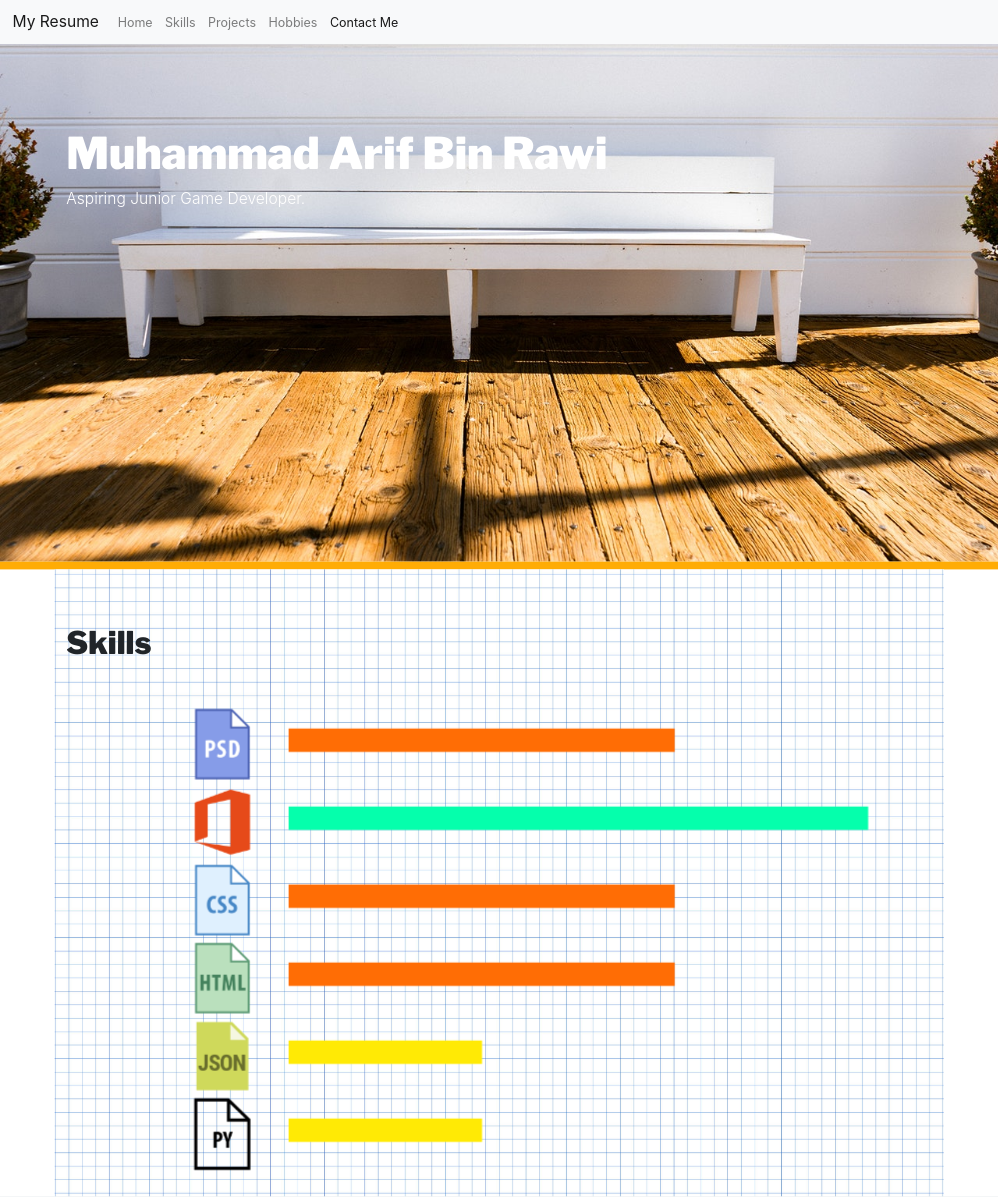
Repository: muhdarifrawi/resume-project
Page: index.html
The author's editor kept a record of every edit. The page is drawn from the files as they stood at one moment, then again after the next edit.
The browser window is 1280 px wide. The pictures show the part of the page from y = 0 to 1534 px (the page is 4106 px tall), at 78% of full size.
Pictures or frames that could not be fetched are drawn as grey boxes. Some web libraries are served in a nearby version.

Above is the page before.

After the next edit:
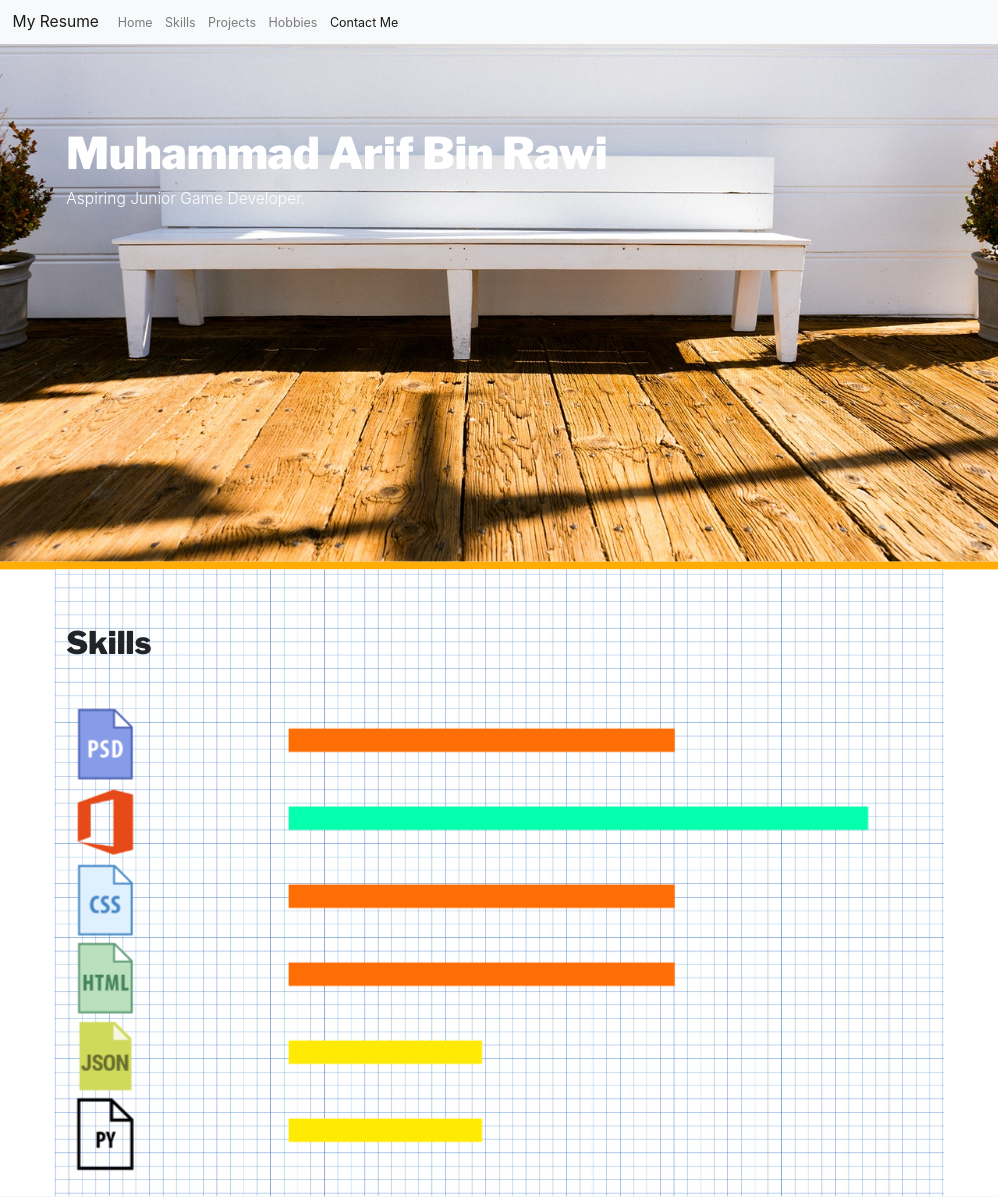
The edit:
--- a/style.css
+++ b/style.css
@@ -327,8 +327,13 @@
   background-size:cover;
 }
 
-// Medium devices (tablets, 768px and up)
+/* Medium devices (tablets, 768px and up)*/
 @media (min-width: 768px) {
 
-
-}
+    .ware{
+
+    margin-left:0px;
+
+}
+
+}

After the edit that followed:
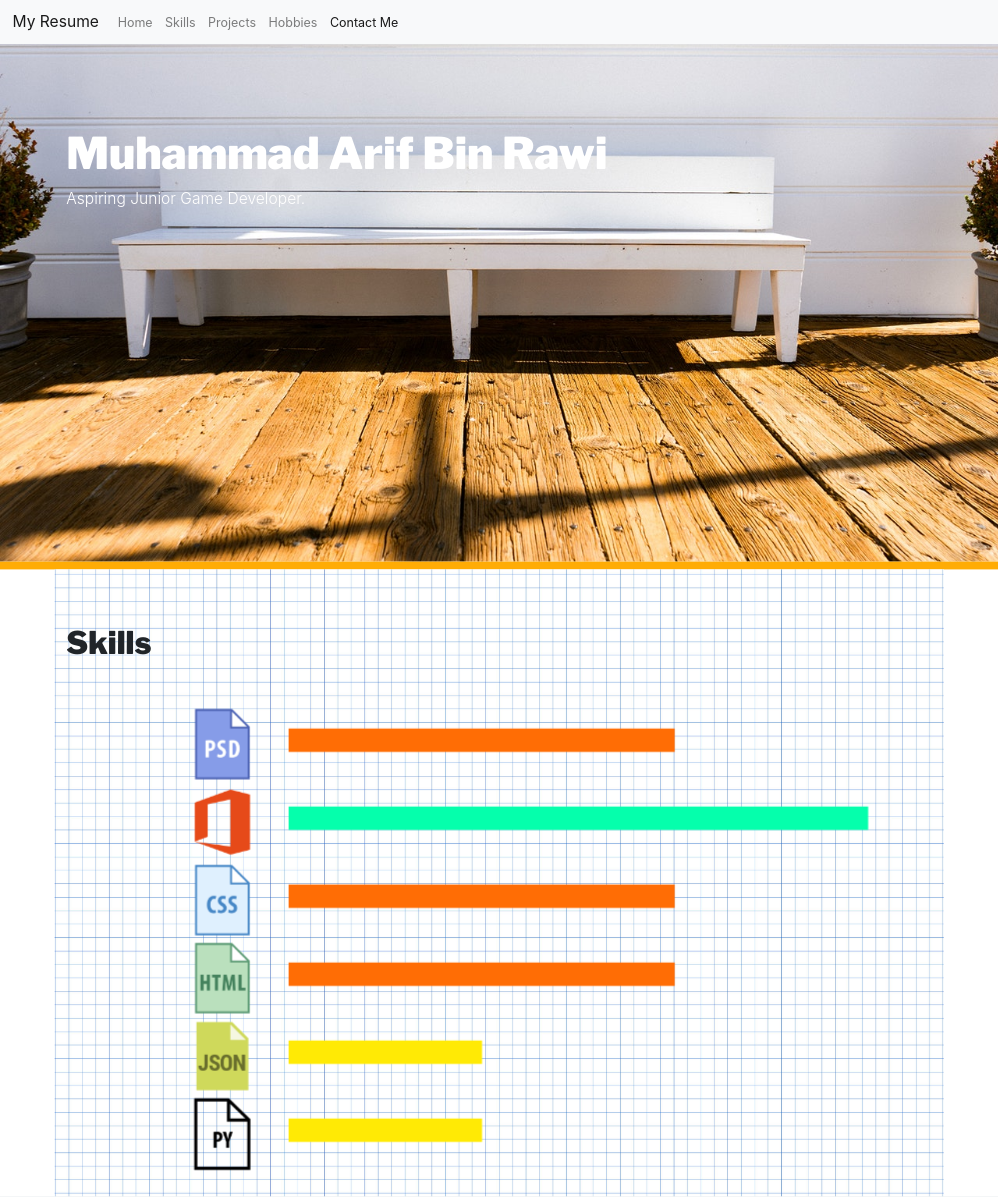
The edit:
--- a/style.css
+++ b/style.css
@@ -328,7 +328,7 @@
 }
 
 /* Medium devices (tablets, 768px and up)*/
-@media (min-width: 768px) {
+@media (max-width: 426px) {
 
     .ware{
 
